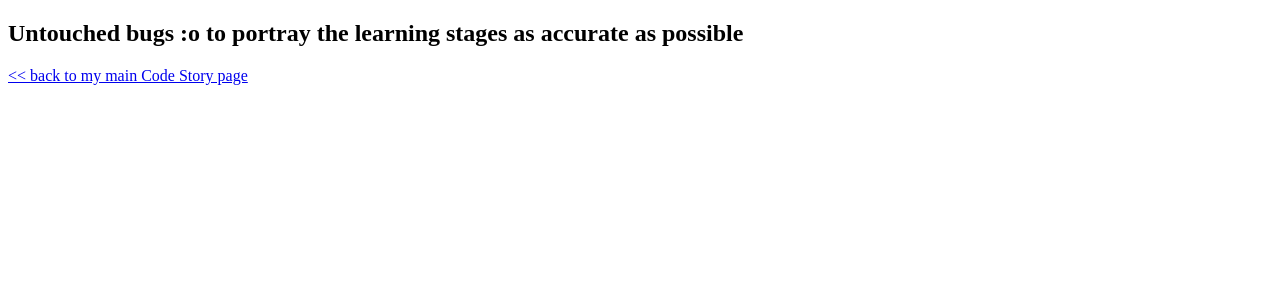
Repository: cicomsa/myCodeStory
Page: untouchedBugs.html
An editor plug-in stored every save of this project. The page is shown before and after the next save, followed by the edit.
The browser window is 1280 px wide. The pictures show the whole page.

Above is the page before, as saved 2018-05-28 19:29:17.

After the next save:
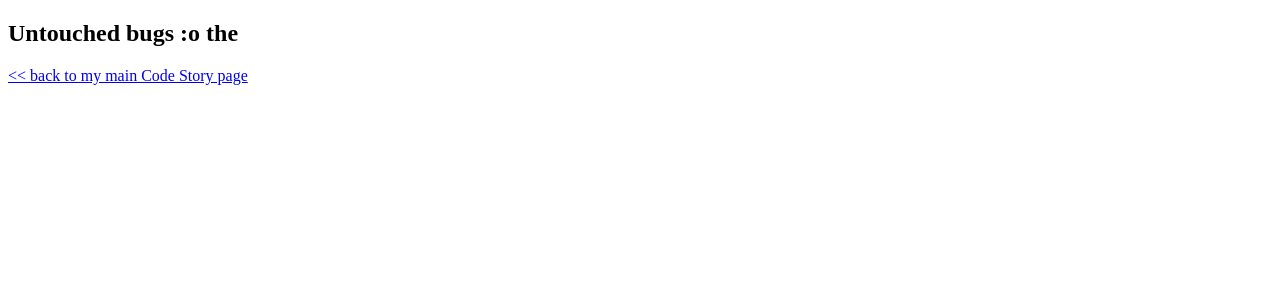
Saved 26 s later.
--- a/untouchedBugs.html
+++ b/untouchedBugs.html
@@ -6,7 +6,7 @@
     <title>^Untouched bugs^</title>
   </head>
   <body>
-    <h2>Untouched bugs :o to portray the learning stages as accurate as possible</h2>
+    <h2>Untouched bugs :o the </h2>
   </body>
   <footer>
     <p><a href ='./myCodeStory.html'><< back to my main Code Story page</a></p>
